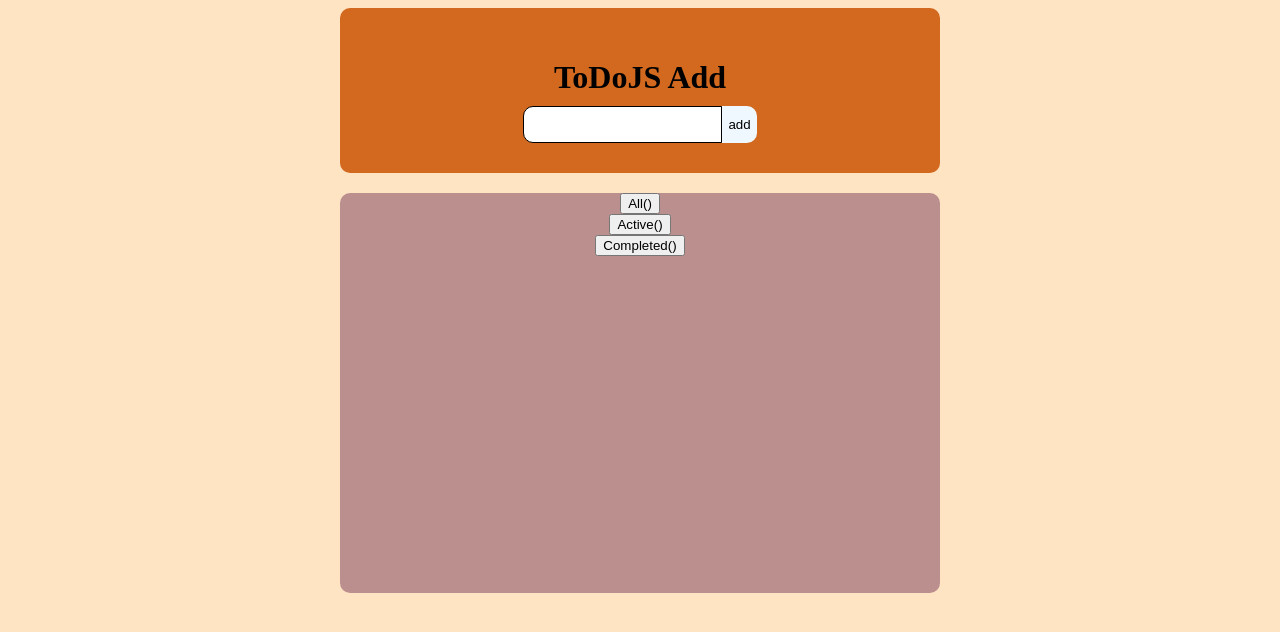
Repository: Savich01/ToDo
Page: index.html
These files come from the project's save history. The page is drawn as it stood at one moment and after the next save; the edit follows.
The browser window is 1280 px wide. The pictures show the whole page.

Above is the page before, as saved 2024-05-03 14:46:13.

### index.html
<!DOCTYPE html>
<html lang="en">
<head>
    <meta charset="UTF-8">
    <meta name="viewport" content="width=device-width, initial-scale=1.0">
    <link rel="stylesheet" href="css/style.css">
    <title>ToDO</title>
</head>
<body>
    <header class="header">
        <div class="header-block">
            <div class="header-block__sub">
                <h1 class="title">ToDoJS Add</h1>
                <form class="personal" action="#">
                    <input type="text" class="personal-input">
                    <button class="personal-btn">add</button>
                </form>
            </div>
        </div>
    </header>
     <main class="main">
        <div class="main-block">
            <div class="main-container">

            </div>
            <div class="main-button">
                <button class="main-btn1">All()</button>
                <button class="main-btn2">Active()</button>
                <button class="main-btn3">Completed()</button>
            </div>
            </div>
        </div>
     </main>
        <script src="js/script.js"></script>
</body>
</html>

### css/style.css
/*------------HEADER-------------------------------------*/

body {
    max-width: 100%;
    background: #FFE4C4;
}
.header {
    margin-bottom: 20px;
}
.header-block {
    max-width: 600px;
    margin: 0 auto;
    background: #D2691E;
    border-radius: 10px;
}
 .header-block__sub {
    display: flex;
    flex-direction: column;
    justify-content: center;
    align-items: center;
    padding: 30px 0px;
 }

 .title {
    margin-bottom: 10px;
 }

 .personal {
    display: flex;
    justify-content: center;
 }

 .personal-input{
    padding: 10px;
    border: 1px solid #000;
    border-radius: 10px 0px 0px 10px;
 }
.personal-btn {
    border: none;
    background-color: aliceblue;
    border-radius: 0px 10px 10px 0px;
    cursor: pointer;
}
/*------------------MAIN-------------------------------------*/

.main-block {
   max-width: 600px;
   margin: 0 auto;
   background: #BC8F8F;
   height: 400px;
   border-radius: 10px;
}
.main-button {
    width: 100%;
    display: flex;
    align-items: center;
    justify-content: space-evenly;
    flex-direction: column;
}
/*------------------FOOTER--------------------------------------------------*/

Loaded but not shown: js/script.js (no copy from this time; the picture is the same without it)

After the next save:
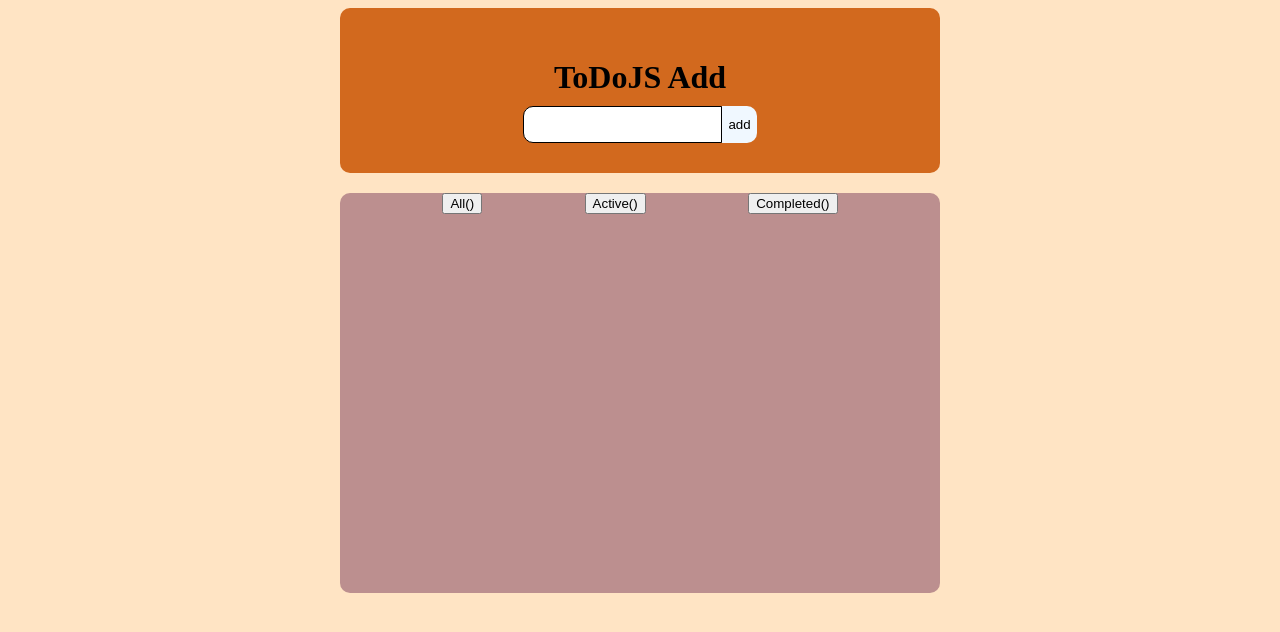
Saved 106 s later.
--- a/css/style.css
+++ b/css/style.css
@@ -51,10 +51,11 @@ body {
    border-radius: 10px;
 }
 .main-button {
-    width: 100%;
+    /* width: 100%; */
     display: flex;
     align-items: center;
     justify-content: space-evenly;
-    flex-direction: column;
+    /* flex-direction: column; */
+    align-content: flex-end;
 }
 /*------------------FOOTER--------------------------------------------------*/
